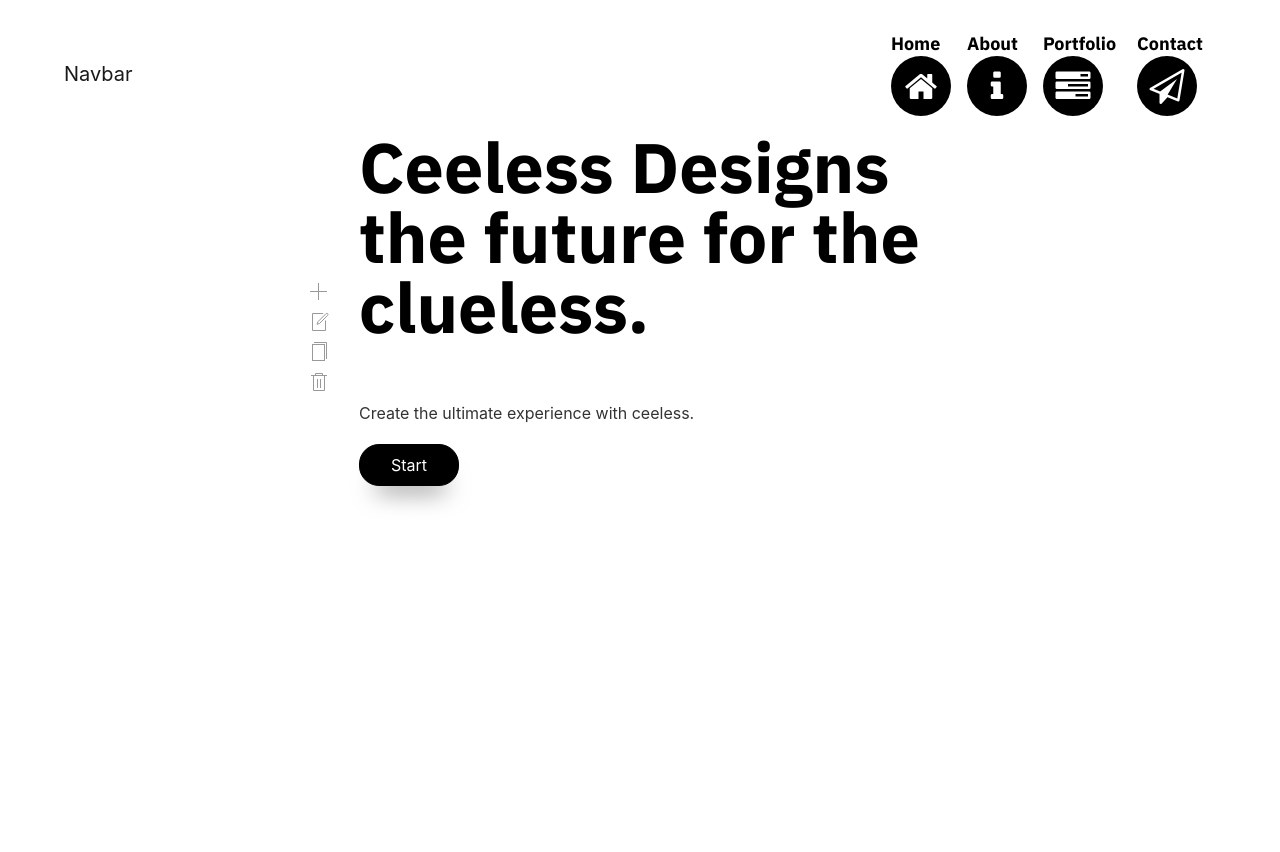
Repository: latenightsnacc/ceeless
Page: index.html
The author's editor kept a copy of each file at every save. The page is drawn from the files as they stood at one save, then again after the next save.
The browser window is 1280 px wide. The pictures show the whole page.
Some web libraries are served in a nearby version. The style sheet was rebuilt from its Sass, Less or Tailwind sources for each picture, by a compiler version that may differ from the author's.

Above is the page before, as saved 2020-06-11 21:06:50.

After the next save:
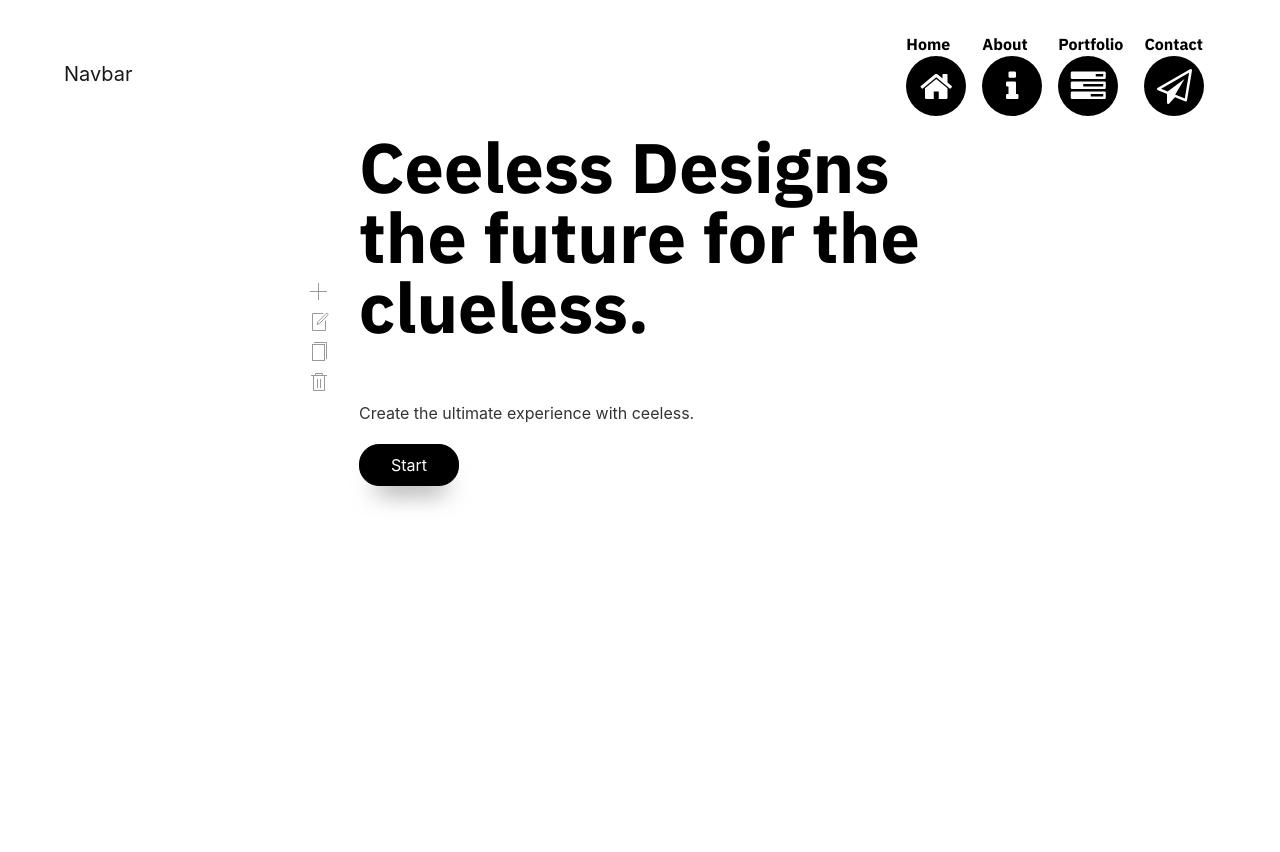
Saved 10 s later.
--- a/Styles/navbar.scss
+++ b/Styles/navbar.scss
@@ -35,8 +35,7 @@
         padding-right: 5px;
         font-weight: 500;
         color: $dark;
-        line-height: 18px;
-        font-size: 18px;
+
     }
     .fa{
         display: flex;
